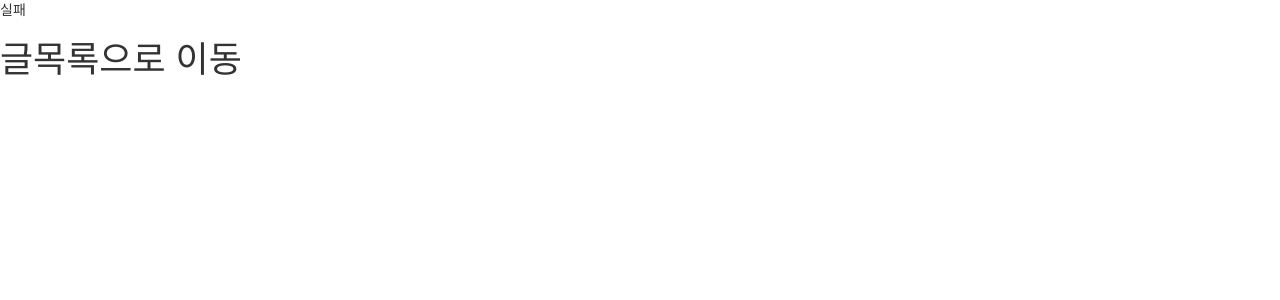
Repository: juhee1020/studying
Page: http://localhost/jsp_board/boardinsert.jsp
These files come from the project's save history. The page is drawn as it stood at one moment and after the next save; the edit follows.
The browser window is 1280 px wide. The pictures show the whole page.
The page is served by Tomcat 9.

Above is the page before, as saved 2022-12-15 08:48:04.

After the next save:
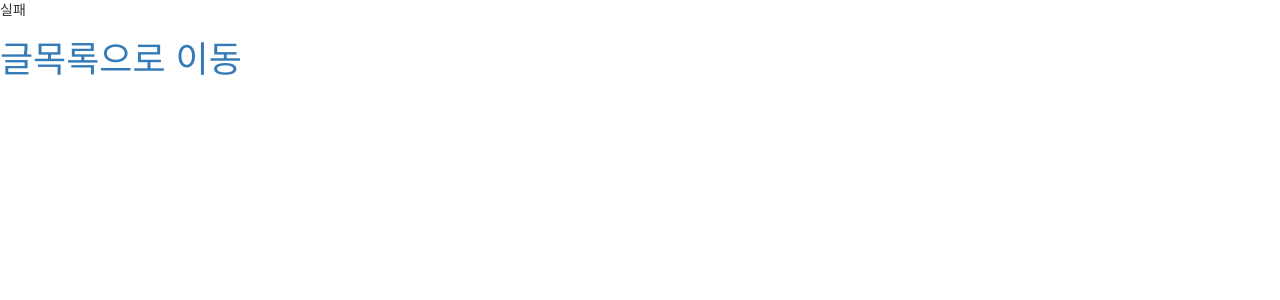
Saved 6 s later.
--- a/JSP/jsp_board/WebContent/boardinsert.jsp
+++ b/JSP/jsp_board/WebContent/boardinsert.jsp
@@ -42,6 +42,6 @@
 		}catch(Exception e){}
 	}
 %>
-<h1><a href="boardlist.jsp"></a>글목록으로 이동</h1>
+<h1><a href="boardlist.jsp">글목록으로 이동</a></h1>
 </body>
 </html>
